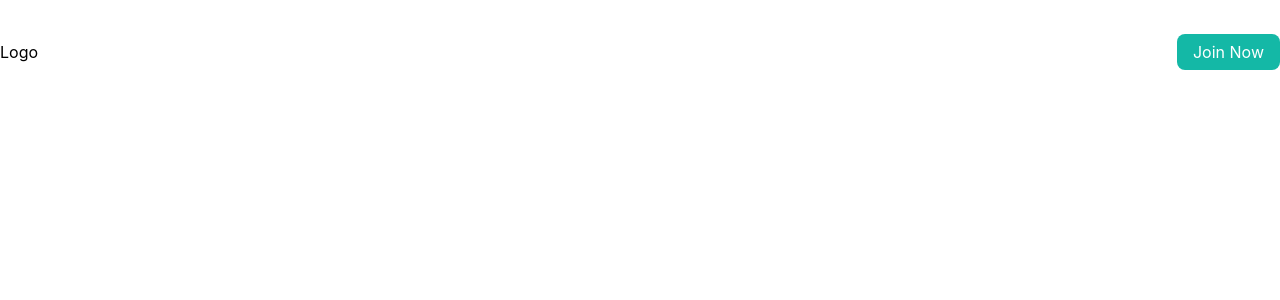
Repository: arafatmollah/auth-app
Page: /
These files come from the project's save history. The page is drawn as it stood at one moment and after the next save; the edit follows.
The browser window is 1280 px wide. The pictures show the whole page.
The project was rebuilt for these pictures with package versions that can differ from the ones it lists, and the page was loaded fresh each time. The framework's server and built-in components were replaced by stand-ins that run in the browser. Also part of the build but not shown: next.config.js.

Above is the page before, as saved 2022-10-03 16:09:29.

### pages/_app.js
import '../styles/globals.css'
import Layout from '../components/Layout'

function MyApp({ Component, pageProps }) {
 return(
  <Layout>
  <Component {...pageProps} />
 </Layout>
 )
}

export default MyApp

### pages/index.js
import Head from 'next/head'

export default function Home() {
  return (
    <div>
      <Head>
        <title>Create Next App</title>
        <meta name="description" content="Generated by create next app" />
        <link rel="icon" href="/favicon.ico" />
      </Head>

      <main>
       <h2 className='text-5xl'></h2>
      </main>


    </div>
  )
}

### components/Layout.js
import React from 'react'
import Nav from './Nav'

export default function Layout({children}) {
  return (
    <div>
       <Nav></Nav>
        <main>
        {children}
        </main>
        </div>
  )
}

### components/Nav.js
import React from 'react'
import Link from 'next/link'

function Nav() {
  return (
    <div>
        <nav className='flex justify-between items-center m-15 py-10'>
        <Link href="/">Logo</Link>
        <ul>
            <Link href="/auth">
            <a className='py-2 px-4 bg-teal-500 my-5 rounded-lg text-white'>Join Now</a>
            </Link>
        </ul>
        </nav>
    </div>
  )
}

export default Nav

Loaded but not shown: styles/globals.css (common file); tailwind.config.js (common file)

After the next save:
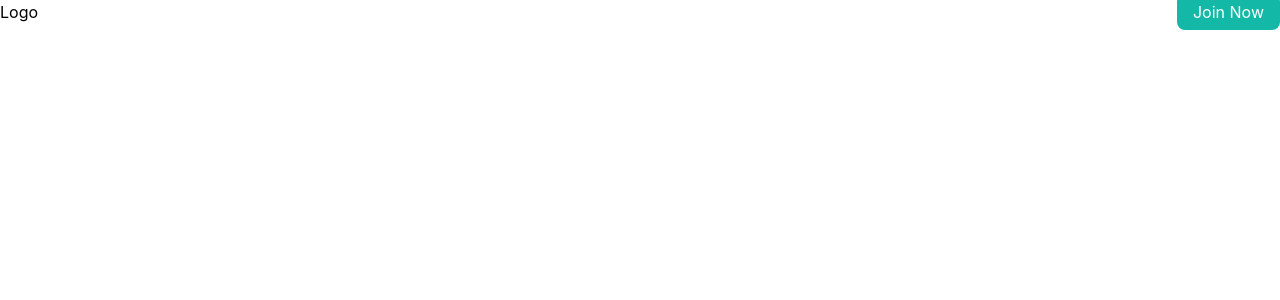
Saved 7 s later.
--- a/components/Nav.js
+++ b/components/Nav.js
@@ -4,7 +4,7 @@ import Link from 'next/link'
 function Nav() {
   return (
     <div>
-        <nav className='flex justify-between items-center m-15 py-10'>
+        <nav className='flex justify-between items-center m-15'>
         <Link href="/">Logo</Link>
         <ul>
             <Link href="/auth">
